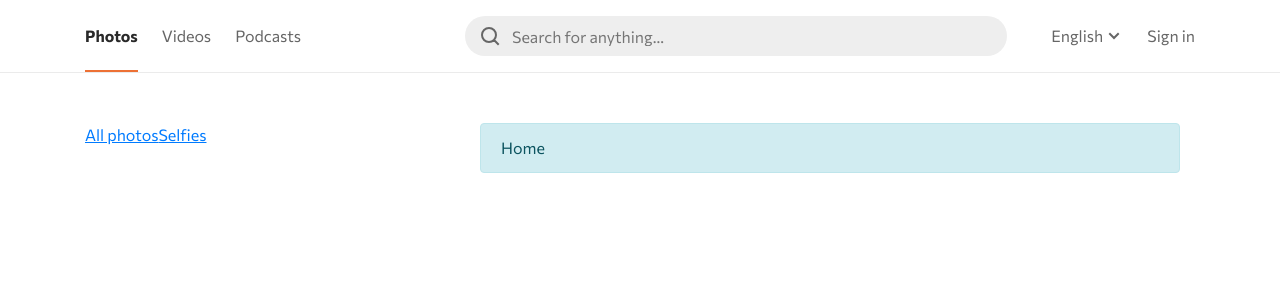
Repository: densavi/djinni
Page: index.html
An editor plug-in stored every save of this project. The page is shown before and after the next save, followed by the edit.
The browser window is 1280 px wide. The pictures show the whole page.
The style sheet was rebuilt from its Sass, Less or Tailwind sources for each picture, by a compiler version that may differ from the author's.

Above is the page before, as saved 2023-04-10 23:28:13.

After the next save:
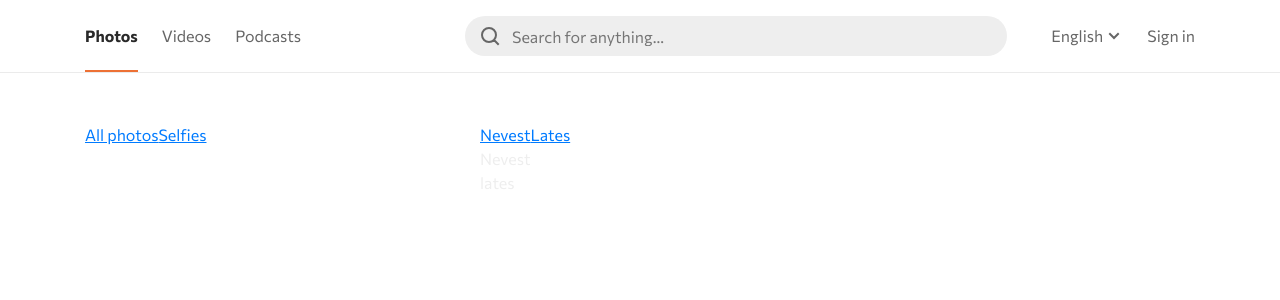
Saved 2 min 16 s later.
--- a/index.html
+++ b/index.html
@@ -71,7 +71,28 @@
           <div class="container-fluid">
             <div class="tab-content">
               <div role="tabpanel" class="tab-pane active" id="all-photos">
-                <div class="alert alert-info">Home</div>
+
+
+                <!--  -->
+                <ul class="nav sidebar__tabs">
+                  <li class="sidebar__item">
+                    <a class="sidebar__link active" data-toggle="tab" href="#nevest">Nevest</a>
+                  </li>
+                  <li class="sidebar__item">
+                    <a class="sidebar__link" data-toggle="tab" href="#lates">Lates</a>
+                  </li>
+                </ul>
+                <!--  -->
+
+                <div class="tab-content">
+                  <div role="tabpanel" class="tab-pane active" id="nevest">
+                    Nevest
+                  </div>
+                  <div role="tabpanel" class="tab-pane active" id="lates">
+                    lates
+                  </div>
+                </div>
+
               </div>
 
               <div role="tabpanel" class="tab-pane" id="contact">
